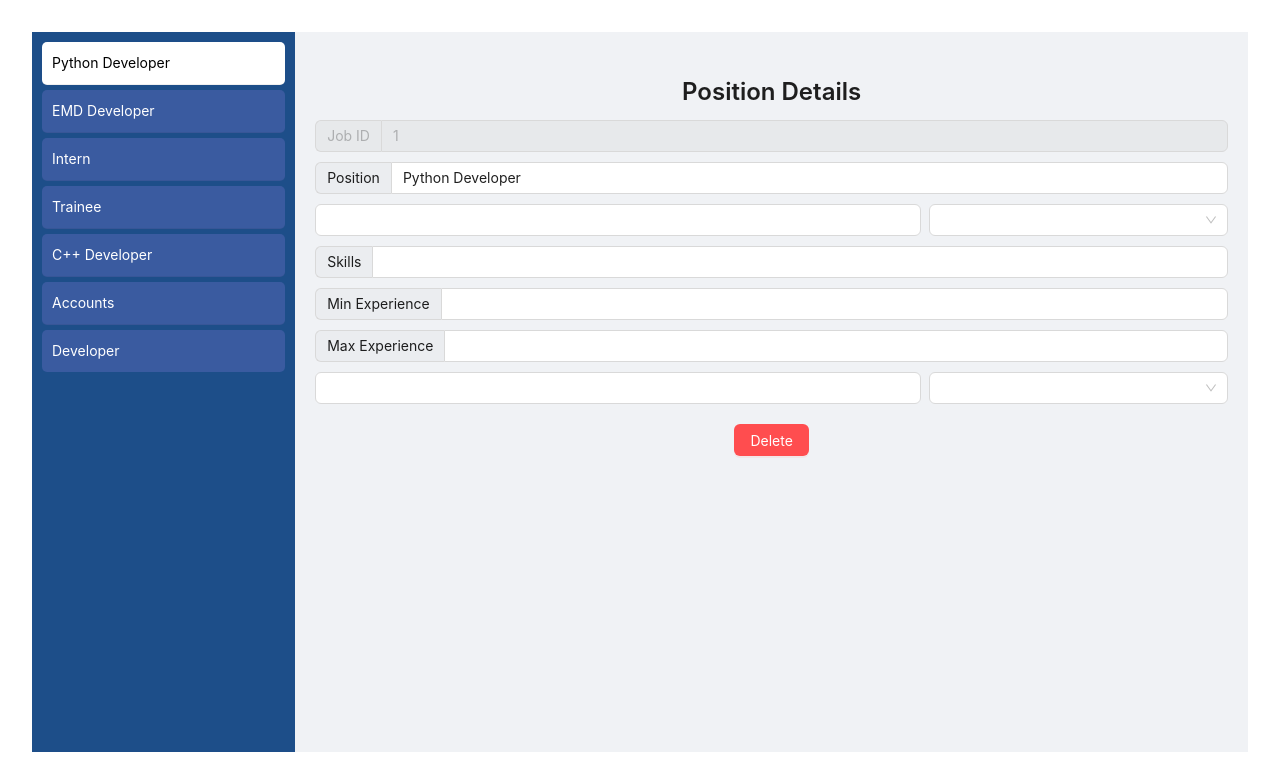
Repository: Moqueed/Delta_Iot
Page: /admin-dashboard/active-positions (app in client/), after clicking the first element matching `li.ant-list-item`
The author's editor kept a copy of each file at every save. The page is drawn from the files as they stood at one save, then again after the next save.
The browser window is 1280 px wide. The pictures show the whole page.
The project was rebuilt for these pictures with package versions that can differ from the ones it lists, and the page was loaded fresh each time. Also part of the build but not shown: client/vite.config.js, client/src/api/users.js, client/src/pages/Register/index.jsx, client/src/pages/Login/index.jsx, client/src/components/ProtectedRoute.jsx, client/src/pages/HR/HRDashboard.jsx, client/src/pages/Admin/AdminDashboard.jsx, client/src/pages/HR/TotalDataPage.jsx.

Above is the page before, as saved 2025-03-14 14:59:36.

### client/src/App.jsx
import { Route, Routes } from "react-router-dom";
import "./App.css";
import RegisterPage from "./pages/Register";
import LoginPage from "./pages/Login";
import ProtectedRoute from "./components/ProtectedRoute";
import HRDashboard from "./pages/HR/HRDashboard";
import AdminDashboard from "./pages/Admin/AdminDashboard";
import TotalDataPage from "./pages/HR/TotalDataPage";
import ActivePositions from "./pages/Admin/ActivePositions";

function App() {
  return (
    <>
      <Routes>
        <Route path="/register" element={<RegisterPage />} />
        <Route path="/login" element={<LoginPage />} />
        <Route
          path="/hr-dashboard"
          element={
            <ProtectedRoute role="HR">
              <HRDashboard />
            </ProtectedRoute>
          }
        />
        <Route
          path="/admin-dashboard"
          element={
            <ProtectedRoute role="Admin">
              <AdminDashboard />
            </ProtectedRoute>
          }
        />
        <Route path="*" element={<LoginPage />} />
        <Route path="/total-data" element={<TotalDataPage/>}/>
        <Route path="/admin-dashboard/active-positions" element={<ActivePositions/>}/>
      </Routes>
    </>
  );
}

export default App;

### client/src/pages/Admin/ActivePositions.jsx
import React, { useEffect, useState } from "react";
import { deletePosition, fetchPositions } from "../../api/activePositions";
import { Button, Input, Typography, List, Select, Row, Col } from "antd";

const { Title } = Typography;
const { Option } = Select;

const ActivePositions = () => {
  const [positions, setPositions] = useState([
    { job_id: 1, position: "Python Developer" },
    { job_id: 2, position: "EMD Developer" },
    { job_id: 3, position: "Intern" },
    { job_id: 4, position: "Trainee" },
    { job_id: 5, position: "C++ Developer" },
    { job_id: 6, position: "Accounts" },
    { job_id: 7, position: "Developer" },
  ]);
  const [selectedPosition, setSelectedPosition] = useState(null);

  const handleDelete = async (id) => {
    try {
      await deletePosition(id);
      setPositions(positions.filter((pos) => pos.job_id !== id));
      setSelectedPosition(null);
    } catch (error) {
      console.error("Error deleting position", error);
    }
  };

  return (
    <div style={{ display: "flex", height: "100vh" }}>
      {/* Left side: Positions list */}
      <div style={{ width: "20%", backgroundColor: "#1D4E89", padding: "10px" }}>
        <List
          dataSource={positions}
          renderItem={(item) => (
            <List.Item
              style={{
                backgroundColor: selectedPosition === item ? "#ffffff" : "#3a5ba0",
                color: selectedPosition === item ? "#000" : "#ffffff",
                padding: "10px",
                cursor: "pointer",
                marginBottom: "5px",
                borderRadius: "5px",
              }}
              onClick={() => setSelectedPosition(item)}
            >
              {item.position}
            </List.Item>
          )}
        />
      </div>

      {/* Right side: Position details form */}
      <div style={{ flex: 1, padding: "20px", backgroundColor: "#f0f2f5" }}>
        {selectedPosition ? (
          <>
            <Title level={3}>Position Details</Title>
            <Input addonBefore="Job ID" value={selectedPosition.job_id} disabled style={{ marginBottom: "10px" }} />
            <Input addonBefore="Position" value={selectedPosition.position} style={{ marginBottom: "10px" }} />
            <Row gutter={8} style={{ marginBottom: "10px" }}>
              <Col span={16}>
                <Input value={selectedPosition.department} readOnly style={{ textAlign: "right" }} />
              </Col>
              <Col span={8}>
                <Select
                  style={{ width: "100%" }}
                  value={selectedPosition.department}
                  onChange={(value) => setSelectedPosition({ ...selectedPosition, department: value })}
                >
                  <Option value="IT">IT</Option>
                  <Option value="EMDB">EMDB</Option>
                  <Option value="HIGH">HIGH</Option>
                  <Option value="Financial">Financial</Option>
                  <Option value="Python">Python</Option>
                </Select>
              </Col>
            </Row>
            <Input addonBefore="Skills" value={selectedPosition.skills} style={{ marginBottom: "10px" }} />
            <Input addonBefore="Min Experience" value={selectedPosition.minimum_experience} style={{ marginBottom: "10px" }} />
            <Input addonBefore="Max Experience" value={selectedPosition.maximum_experience} style={{ marginBottom: "10px" }} />
            <Row gutter={8} style={{ marginBottom: "10px" }}>
              <Col span={16}>
                <Input value={selectedPosition.manager} readOnly style={{ textAlign: "right" }} />
              </Col>
              <Col span={8}>
                <Select
                  style={{ width: "100%" }}
                  value={selectedPosition.manager}
                  onChange={(value) => setSelectedPosition({ ...selectedPosition, manager: value })}
                >
                  <Option value="John Doe">John Doe</Option>
                  <Option value="Jane Smith">Jane Smith</Option>
                  <Option value="Robert Brown">Robert Brown</Option>
                  <Option value="Emily White">Emily White</Option>
                </Select>
              </Col>
            </Row>
            <Button type="primary" danger onClick={() => handleDelete(selectedPosition.job_id)} style={{ marginTop: "10px" }}>
              Delete
            </Button>
          </>
        ) : (
          <Title level={4}>Select a position to view details</Title>
        )}
      </div>
    </div>
  );
};

export default ActivePositions;

### client/src/api/activePositions.js
import axiosInstance from ".";

// Fetch all active positions
export const fetchPositions = async () => {
  try {
    const response = await axiosInstance.get("/api/positions");
    return response.data;
  } catch (error) {
    console.error("Error fetching positions:", error);
    throw error;
  }
};

// Create a new active position
export const createPosition = async (data) => {
  try {
    const response = await axiosInstance.post("/api/positions", data);
    return response.data;
  } catch (error) {
    console.error("Error creating position:", error);
    throw error;
  }
};

// Update an existing active position
export const updatePosition = async (id, data) => {
  try {
    const response = await axiosInstance.put(`/api/positions/${id}`, data);
    return response.data;
  } catch (error) {
    console.error("Error updating position:", error);
    throw error;
  }
};

// Delete an active position
export const deletePosition = async (id) => {
  try {
    const response = await axiosInstance.delete(`/api/positions/${id}`);
    return response.data;
  } catch (error) {
    console.error("Error deleting position:", error);
    throw error;
  }
};

### client/src/api/index.js
import axios from "axios";

const axiosInstance = axios.create({
  baseURL: "http://localhost:5000",
  headers: { "Content-Type": "application/json" },
});

// ✅ Add token to headers if available
axiosInstance.interceptors.request.use((config) => {
  const token = localStorage.getItem("token");
  if (token) config.headers.Authorization = `Bearer ${token}`;
  return config;
},
function (error) {
    return Promise.reject(error);
  }
);

export default axiosInstance;

Loaded but not shown: client/index.html (common file); client/src/main.jsx (common file); client/src/index.css (common file); client/src/App.css (common file)

After the next save:
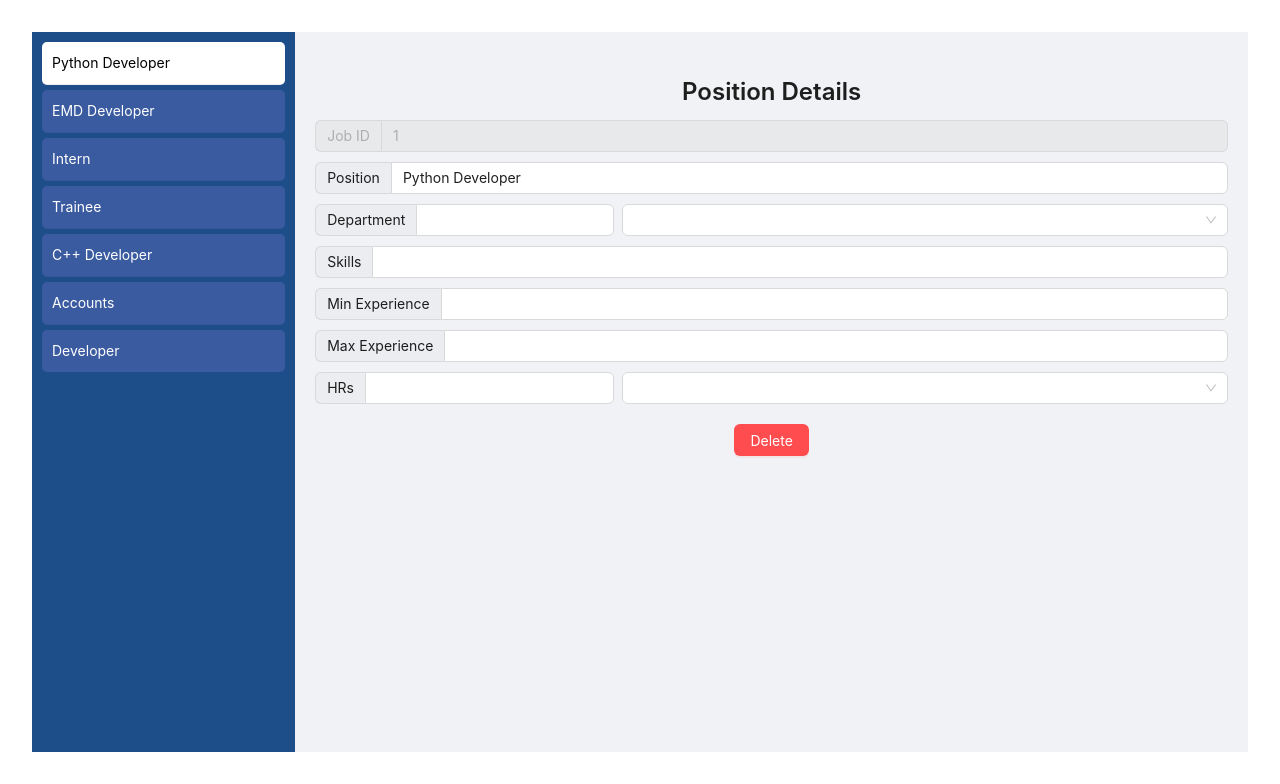
Saved 2 min 10 s later.
--- a/client/src/pages/Admin/ActivePositions.jsx
+++ b/client/src/pages/Admin/ActivePositions.jsx
@@ -59,10 +59,10 @@ const ActivePositions = () => {
             <Input addonBefore="Job ID" value={selectedPosition.job_id} disabled style={{ marginBottom: "10px" }} />
             <Input addonBefore="Position" value={selectedPosition.position} style={{ marginBottom: "10px" }} />
             <Row gutter={8} style={{ marginBottom: "10px" }}>
+              <Col span={8}>
+                <Input addonBefore="Department" value={selectedPosition.department} readOnly style={{ textAlign: "right" }} />
+              </Col>
               <Col span={16}>
-                <Input value={selectedPosition.department} readOnly style={{ textAlign: "right" }} />
-              </Col>
-              <Col span={8}>
                 <Select
                   style={{ width: "100%" }}
                   value={selectedPosition.department}
@@ -80,10 +80,10 @@ const ActivePositions = () => {
             <Input addonBefore="Min Experience" value={selectedPosition.minimum_experience} style={{ marginBottom: "10px" }} />
             <Input addonBefore="Max Experience" value={selectedPosition.maximum_experience} style={{ marginBottom: "10px" }} />
             <Row gutter={8} style={{ marginBottom: "10px" }}>
+              <Col span={8}>
+                <Input addonBefore="HRs" value={selectedPosition.manager} readOnly style={{ textAlign: "right" }} />
+              </Col>
               <Col span={16}>
-                <Input value={selectedPosition.manager} readOnly style={{ textAlign: "right" }} />
-              </Col>
-              <Col span={8}>
                 <Select
                   style={{ width: "100%" }}
                   value={selectedPosition.manager}
